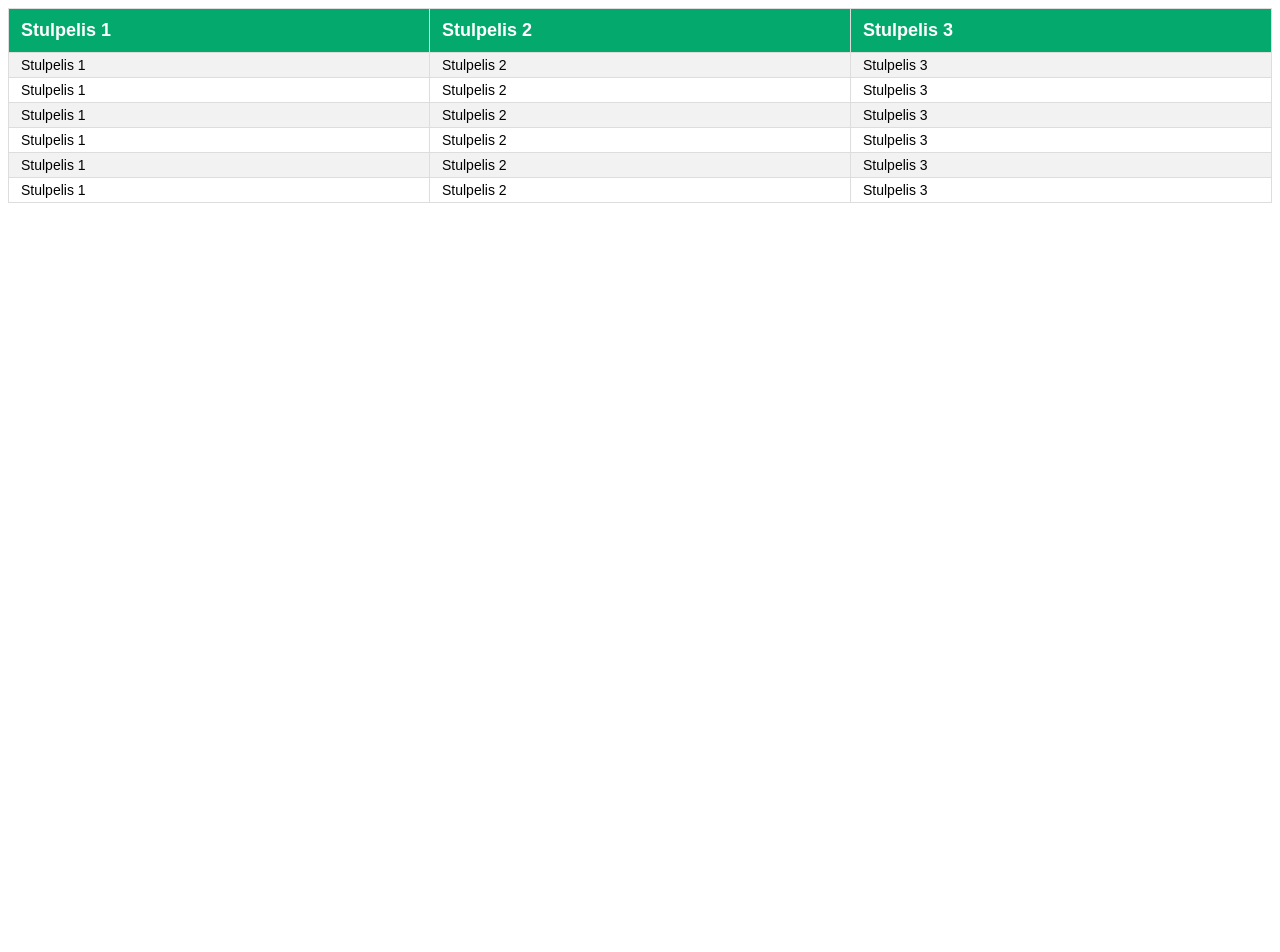
Repository: motiejus1/10-paskaita-05.31
Page: index.html
The author's editor kept a copy of each file at every save. The page is drawn from the files as they stood at one save, then again after a run of saves.
The browser window is 1280 px wide. The pictures show the part of the page from y = 0 to 952 px (the page is 3211 px tall).
Backgrounds fixed to the window are drawn as part of the page.

Above is the page before, as saved 2021-06-16 20:20:30.

### index.html
<!DOCTYPE html>
<html lang="en">
<head>
    <meta charset="UTF-8">
    <meta http-equiv="X-UA-Compatible" content="IE=edge">
    <meta name="viewport" content="width=device-width, initial-scale=1.0">
    <title>10 paskaita</title>

    <style>
        html {
            font-size: 18px;
        }

        .container {
            width: 100%;
            height: 1800px;
        }


        /* Fono spalvos */

        .fonas-spalva {
            background-color: green;
            opacity: 0.7;
        }

        .fonas {
            background-color: #657AD3;
            opacity: 0.7;
        }

        .fonas-rgb {
            background-color:rgb(101, 122, 211);
            opacity: 0.7;
        }

        .fonas-rgba {
            background-color:rgba(101, 122, 211, 0.7);
        }

        /* Paveiksliukas kaip fonas */
        .paveiksliukas {
            height: 100%;
            background-image: url("https://images.unsplash.com/photo-1593642531955-b62e17bdaa9c?ixid=MnwxMjA3fDF8MHxwaG90by1wYWdlfHx8fGVufDB8fHx8&ixlib=rb-1.2.1&auto=format&fit=crop&w=750&q=80");
            background-color:grey;
            background-repeat: no-repeat;
            opacity: 0.7;
            background-attachment: fixed;
            /* background-position: 5px 5px; */
            /* background-position: center center; */
            /* background-size: 100% 100%; */
            /* background-size: contain; background-size: 100% */
            /* background-size: cover; */


        }

        table {

            font-family: Arial, Helvetica, sans-serif;
            border: 1px solid  #ddd;
            margin-bottom: 1200px;
            width: 100%;
            border-collapse: collapse;
        }


        td, th {
            border: 1px solid  #ddd;
            padding-left: 12px;
        }

        th {
            text-align: left;
            padding-top: 11px;
            padding-bottom: 11px;
            background-color: #04AA6D;
            color:white;
            font-size: 1rem;
        }

        td {
            padding-top: 0.2222rem;
            padding-bottom: 4px;
            font-size: 0.7778rem;
        }

        tr:nth-child(even) {
            background-color: #f2f2f2;
        }

        tr:hover {
            background-color: #ddd;
         }

        /* td:hover { */
            /* background-color: #ddd; */
        /* } */

    </style>
</head>
<body>

    <table>
        <tr>
            <th class="col-20">Stulpelis 1</th>
            <th>Stulpelis 2</th>
            <th>Stulpelis 3</th>
        </tr>
        <tr>
            <td>Stulpelis 1</td>
            <td>Stulpelis 2</td>
            <td>Stulpelis 3</td>
        </tr>
        <tr>
            <td>Stulpelis 1</td>
            <td>Stulpelis 2</td>
            <td>Stulpelis 3</td>
        </tr>
        <tr>
            <td>Stulpelis 1</td>
            <td>Stulpelis 2</td>
            <td>Stulpelis 3</td>
        </tr>
        <tr>
            <td>Stulpelis 1</td>
            <td>Stulpelis 2</td>
            <td>Stulpelis 3</td>
        </tr>
        <tr>
            <td>Stulpelis 1</td>
            <td>Stulpelis 2</td>
            <td>Stulpelis 3</td>
        </tr>
        <tr>
            <td>Stulpelis 1</td>
            <td>Stulpelis 2</td>
            <td>Stulpelis 3</td>
        </tr>
    </table>

    <div class="container fonas-rgba">
        <div class="paveiksliukas">
            Tekstas
        </div>
    </div>
</body>
</html>

After the next 2 saves:
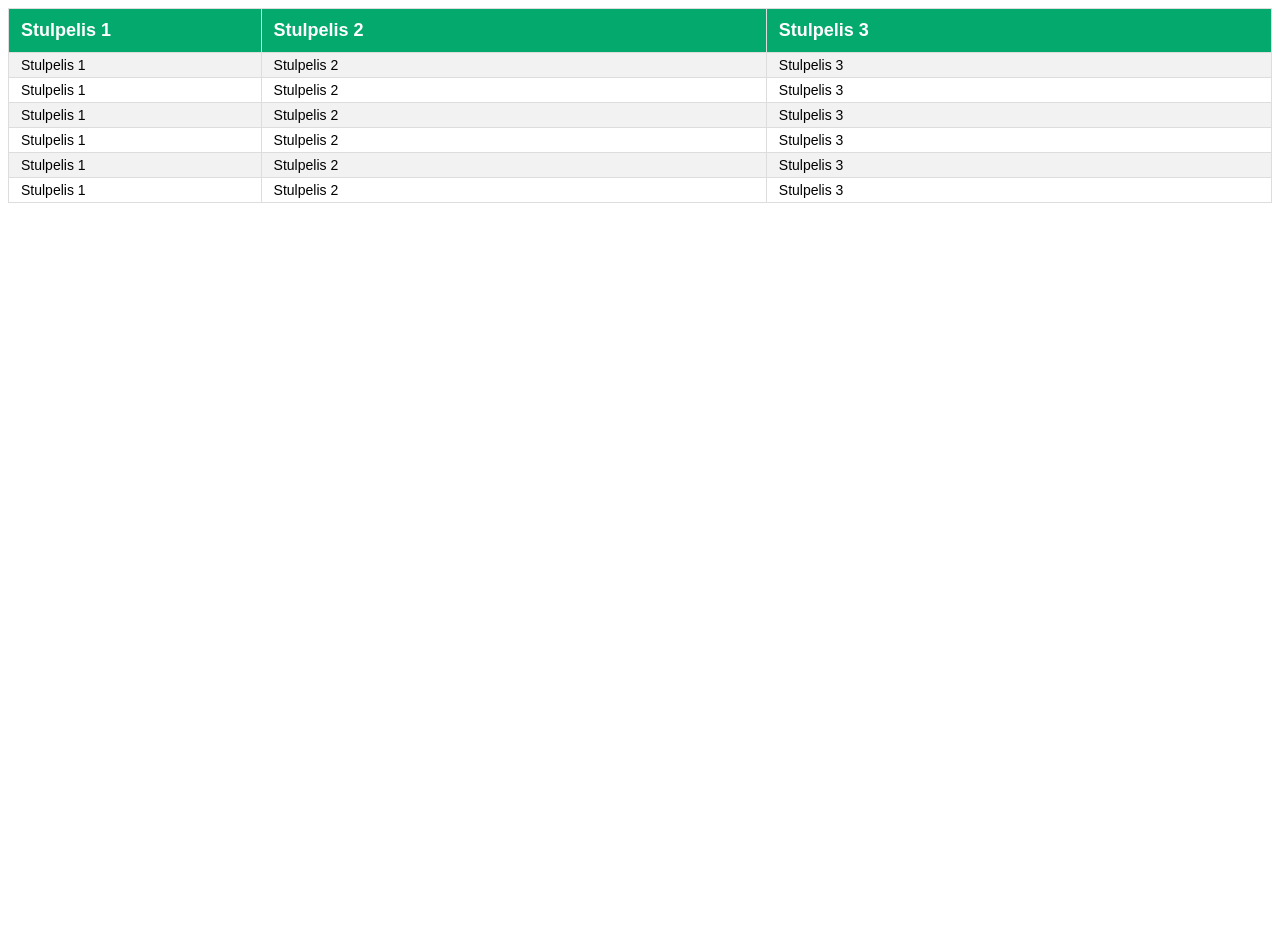
The 2 saves are shown as one change because they came seconds apart.
The last was saved 31 s later.
--- a/index.html
+++ b/index.html
@@ -96,7 +96,9 @@
         /* td:hover { */
             /* background-color: #ddd; */
         /* } */
-
+            .col-20 {
+                width: 20%;
+            }
     </style>
 </head>
 <body>
